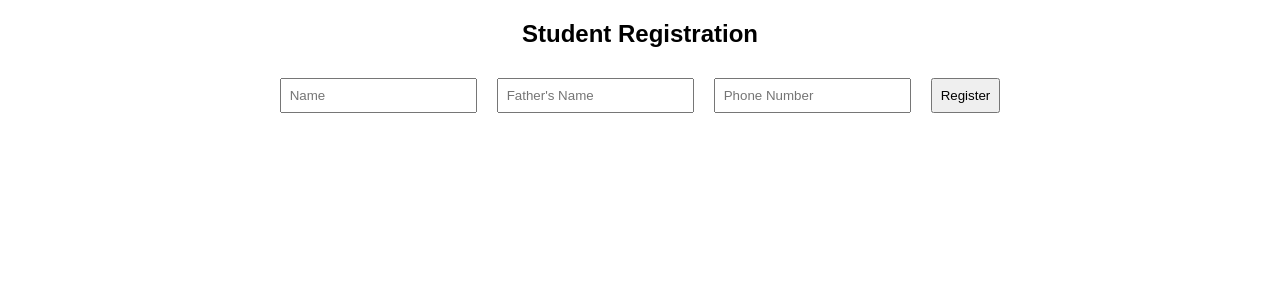
Repository: pripriya09/StudentID-Card-Download
Page: / (app in frontend/)
The author's editor kept a copy of each file at every save. The page is drawn from the files as they stood at one save, then again after the next save.
The browser window is 1280 px wide. The pictures show the whole page.
The project was rebuilt for these pictures with package versions that can differ from the ones it lists, and the page was loaded fresh each time. Also part of the build but not shown: frontend/vite.config.js.

Above is the page before, as saved 2025-01-07 11:56:29.

After the next save:
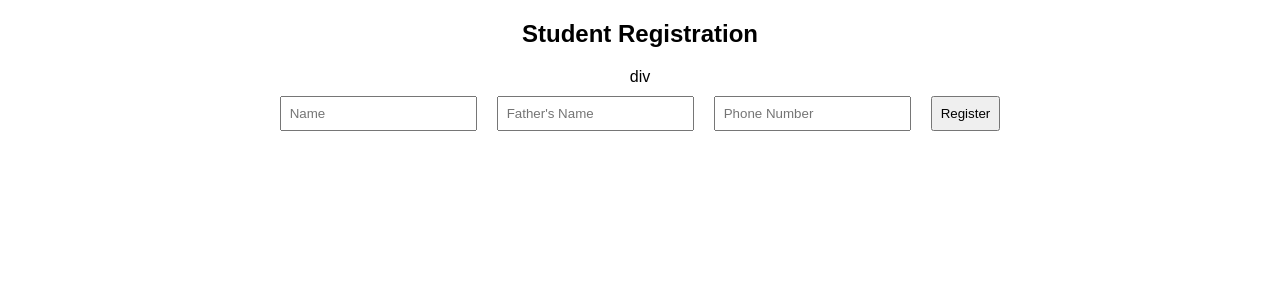
Saved 22 s later.
--- a/frontend/src/Form.jsx
+++ b/frontend/src/Form.jsx
@@ -125,7 +125,7 @@
   return (
     <div className="App">
       <h2>Student Registration</h2>
-
+div
 
       <form onSubmit={handleSubmit}>
         <input

After the save that followed:
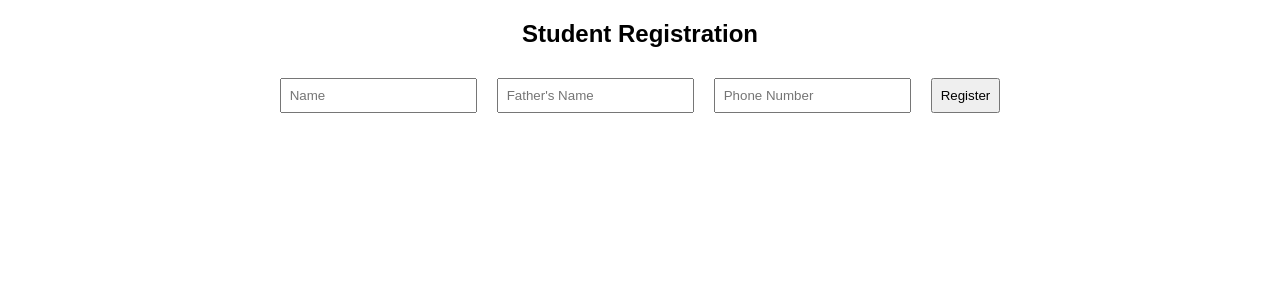
Saved 4 s later.
--- a/frontend/src/Form.jsx
+++ b/frontend/src/Form.jsx
@@ -125,7 +125,7 @@
   return (
     <div className="App">
       <h2>Student Registration</h2>
-div
+
 
       <form onSubmit={handleSubmit}>
         <input
